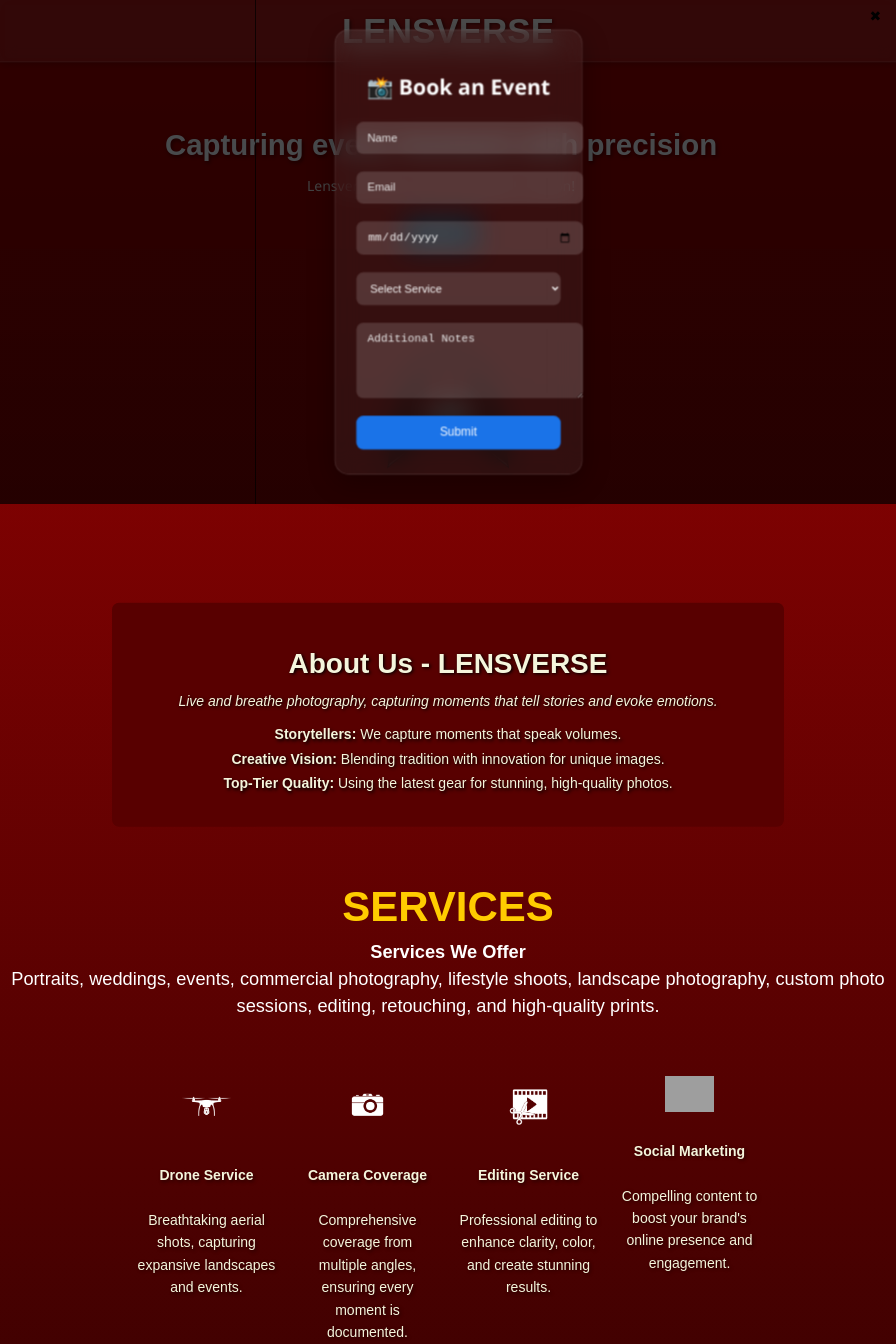
Repository: adithyakiran47/lensverse-frontend
Page: / (app in frontend/), after clicking the first element matching `button`
An editor plug-in stored every save of this project. The page is shown before and after the next save, followed by the edit.
The browser window is 1280 px wide. The pictures show the part of the page from y = 0 to 1920 px (the page is 3283 px tall), at 70% of full size.
Pictures or frames that could not be fetched are drawn as grey boxes. The project was rebuilt for these pictures with package versions that can differ from the ones it lists, and the page was loaded fresh each time.

Above is the page before, as saved 2025-06-20 16:59:54.

### frontend/public/index.html
<!DOCTYPE html>
<html lang="en">
  <head>
    <meta charset="utf-8" />
    <link rel="icon" href="%PUBLIC_URL%/favicon.ico" />
    <meta name="viewport" content="width=device-width, initial-scale=1" />
    <meta name="theme-color" content="#000000" />
    <meta
      name="description"
      content="Web site created using create-react-app"
    />
    <link rel="apple-touch-icon" href="%PUBLIC_URL%/logo192.png" />
    <!--
      manifest.json provides metadata used when your web app is installed on a
      user's mobile device or desktop. See https://developers.google.com/web/fundamentals/web-app-manifest/
    -->
    <link rel="manifest" href="%PUBLIC_URL%/manifest.json" />
    <!--
      Notice the use of %PUBLIC_URL% in the tags above.
      It will be replaced with the URL of the `public` folder during the build.
      Only files inside the `public` folder can be referenced from the HTML.

      Unlike "/favicon.ico" or "favicon.ico", "%PUBLIC_URL%/favicon.ico" will
      work correctly both with client-side routing and a non-root public URL.
      Learn how to configure a non-root public URL by running `npm run build`.
    -->
    <title>React App</title>
  </head>
  <body>
    <noscript>You need to enable JavaScript to run this app.</noscript>
    <div id="root"></div>
    <!--
      This HTML file is a template.
      If you open it directly in the browser, you will see an empty page.

      You can add webfonts, meta tags, or analytics to this file.
      The build step will place the bundled scripts into the <body> tag.

      To begin the development, run `npm start` or `yarn start`.
      To create a production bundle, use `npm run build` or `yarn build`.
    -->
      <footer class="footer">
  <div class="footer-content">
    <p>© 2025 <strong>Lensverse</strong>. All rights reserved.</p>
    <p>Made with ❤️ by the Lensverse Team</p>
  </div>
</footer>

  </body>
</html>

### frontend/src/App.js
import React, { useState } from 'react';
import './App.css';

import Header from './components/Header';
import Banner from './components/Banner';
import About from './components/About';
import Services from './components/Services';
import Team from './components/Team';
import Contact from './components/Contact';
import BookingForm from './components/BookingForm';


function App() {
  const [showForm, setShowForm] = useState(false);

  return (
    <>
      <Header />
      <Banner onBookClick={() => setShowForm(true)} />
      <About />
      <Services />
      <Team />
      <Contact />

      {showForm && (
        <div className="popup-backdrop">
          <div className="popup-form">
            <button className="close-btn" onClick={() => setShowForm(false)}>✖</button>
            <BookingForm onSuccess={() => setShowForm(false)} />
          </div>
        </div>
      )}
    </>
  );
}

export default App;

### frontend/src/App.css
.App {
  text-align: center;
}

.App-logo {
  height: 40vmin;
  pointer-events: none;
}

@media (prefers-reduced-motion: no-preference) {
  .App-logo {
    animation: App-logo-spin infinite 20s linear;
  }
}

.App-header {
  background-color: #282c34;
  min-height: 100vh;
  display: flex;
  flex-direction: column;
  align-items: center;
  justify-content: center;
  font-size: calc(10px + 2vmin);
  color: white;
}

.App-link {
  color: #61dafb;
}

@keyframes App-logo-spin {
  from {
    transform: rotate(0deg);
  }
  to {
    transform: rotate(360deg);
  }
}
.popup-backdrop {
  position: fixed;
  top: 0;
  left: 0;
  height: 100%;
  width: 100%;
  background: rgba(0, 0, 0, 0.7);
  display: flex;
  align-items: center;
  justify-content: center;
  z-index: 999;
}

.popup-form {
  background: transparent; /* ✅ remove white */
  box-shadow: none;        /* optional: remove white drop shadow */
  border: none;
  padding: 0;
}

.close-btn {
  position: absolute;
  top: 10px;
  right: 15px;
  background: none;
  border: none;
  font-size: 20px;
  cursor: pointer;
}
.banner {
  display: flex;
  justify-content: space-between;
  align-items: center;
  padding: 40px;
  max-width: 1200px;
  margin: auto;
}

.banner h2 {
  font-size: 2rem;
  margin-bottom: 10px;
}

.banner p {
  font-size: 1.1rem;
  margin-bottom: 20px;
}

.banner button {
  padding: 10px 20px;
  background-color: #003f70;
  color: white;
  border: none;
  border-radius: 5px;
  cursor: pointer;
  font-size: 1rem;
}

.banner img {
  max-width: 150px;
  height: auto;
}

.banner-left {
  flex: 1;
  padding-right: 20px;
}

.banner-right {
  flex: 0 0 200px;
  display: flex;
  justify-content: center;
  align-items: center;
}
/* App.css */
body {
  margin: 0;
  padding: 0;
  background: linear-gradient(to bottom, #a00202, #000000);
  font-family: 'Segoe UI', Tahoma, Geneva, Verdana, sans-serif;
  color: white;
}

.footer {
  background: rgba(0, 0, 0, 0.6);
  padding: 30px 20px;
  text-align: center;
  color: #ddd;
  font-family: "Montserrat", sans-serif;
  font-size: 14px;
  /*border-top: 1px solid rgba(255, 255, 255, 0.1);*/
}

.footer-content p {
  margin: 6px 0;
  text-shadow: 1px 1px 4px rgba(0, 0, 0, 0.5);
}

.footer-content strong {
  color: #ff4c4c;
}

### frontend/src/components/Header.js
// src/components/Header.js
import React from 'react';
import './Header.css'; // We'll create this next

const Header = () => {
  return (
    <div id="header">
      <div className="container">
        <div className="head1">
          <h1>LENSVERSE</h1>
        </div>
      </div>
    </div>
  );
};

export default Header;

### frontend/src/components/Banner.js
import React from 'react';
import './Banner.css';

const Banner = ({ onBookClick }) => {
  return (
    <div id="banner">
      <div className="container">
        <div className="banner-wrapper">
          <div className="banner-left">
            <h2 className="cap">Capturing every moment with precision</h2>
            <p>Lensverse, your coverage team in action!</p>
            <div className="from">
              <button onClick={onBookClick}>BOOK</button>
            </div>
          </div>
          <div className="banner-right">
            <img src="channel logo new transparent.png" alt="Lensverse Banner" />
          </div>
        </div>
      </div>
    </div>
  );
};

export default Banner;

### frontend/src/components/About.js
import React from 'react';
import './About.css';

const About = () => {
  return (
    <div id="about">
      <div className="container">
        <div className="about-wrapper">
          <div className="about-content">
            <h2>About Us - LENSVERSE</h2>
            <p><em>Live and breathe photography, capturing moments that tell stories and evoke emotions.</em></p>
            <ul>
              <li><b>Storytellers:</b> We capture moments that speak volumes.</li>
              <li><b>Creative Vision:</b> Blending tradition with innovation for unique images.</li>
              <li><b>Top-Tier Quality:</b> Using the latest gear for stunning, high-quality photos.</li>
            </ul>
          </div>
        </div>
      </div>
    </div>
  );
};

export default About;

### frontend/src/components/Services.js
// src/components/Services.js
import React from 'react';
import './Services.css';

const Services = () => {
  return (
    <div id="services">
      <div className="container">
        <div className="service-title">
          <h3>SERVICES</h3>
          <p><b>Services We Offer</b><br />
            Portraits, weddings, events, commercial photography, lifestyle shoots, landscape photography, custom photo sessions, editing, retouching, and high-quality prints.
          </p>
        </div>

        <div className="service-details">
          <div className="service-detail">
            <img src="/drone.png" alt="Drone Service" />
            <p><b>Drone Service</b><br /><br />Breathtaking aerial shots, capturing expansive landscapes and events.</p>
          </div>

          <div className="service-detail">
            <img src="/camera.png" alt="Camera Coverage" />
            <p><b>Camera Coverage</b><br /><br />Comprehensive coverage from multiple angles, ensuring every moment is documented.</p>
          </div>

          <div className="service-detail">
            <img src="/editing.png" alt="Editing Service" />
            <p><b>Editing Service</b><br /><br />Professional editing to enhance clarity, color, and create stunning results.</p>
          </div>

          <div className="service-detail">
            <img src="/social.png" alt="Social Marketing" />
            <p><b>Social Marketing</b><br /><br />Compelling content to boost your brand's online presence and engagement.</p>
          </div>
        </div>
      </div>
    </div>
  );
};

export default Services;

### frontend/src/components/Team.js
// src/components/Team.js
import React from 'react';
import './Team.css';

const Team = () => {
  return (
    <div id="team">
      <div className="container">
        <div className="members">
          <h4>FOUNDERS</h4>
          <div className="member service-details">

            <div className="kiran">
              <img src="IMG_0384.JPG" alt="Adithya Kiran V" />
              <h5>ADITHYA KIRAN V</h5>
              <div className="social">
                <a href="https://www.instagram.com/adithya.x/" target="_blank" rel="noreferrer">
                  <img src="/instagramlogo.png" alt="Instagram" />
                </a>
                <a href="https://linkedin.com" target="_blank" rel="noreferrer">
                  <img src="linkedin.png" alt="LinkedIn" />
                </a>
              </div>
            </div>

            <div className="vl">
              <img src="IMG_0383.JPG" alt="Arun VL" />
              <h6>ARUN VL</h6>
              <div className="social">
                <a href="https://www.instagram.com/__arun_vl__/" target="_blank" rel="noreferrer">
                  <img src="/instagramlogo.png" alt="Instagram" />
                </a>
                <a href="https://linkedin.com" target="_blank" rel="noreferrer">
                  <img src="linkedin.png" alt="LinkedIn" />
                </a>
              </div>
            </div>

          </div>
        </div>
      </div>
    </div>
  );
};

export default Team;

### frontend/src/components/Contact.js
// src/components/Contact.js
import React from 'react';
import './Contact.css';

const Contact = () => {
  return (
    <div id="contact">
      <div className="container">
        <div className="contactdetails">
          <h4>CONTACT</h4>
          <div className="contact-details">

            <div className="instapng">
              <a href="https://www.instagram.com/__lensverse__/" target="_blank" rel="noreferrer">
                <img src="instagramlogo.png" alt="Instagram" />
              </a>
            </div>

            <div className="mailpng">
              <a href="mailto:lensversecontact@gmail.com">
                <img src="mail.png" alt="Email" />
              </a>
            </div>

          </div>
        </div>
      </div>
    </div>
  );
};

export default Contact;

### frontend/src/components/BookingForm.js
import React, { useState } from 'react';
import axios from 'axios';
import './BookingForm.css';

const BookingForm = ({ onSuccess }) => {
  const [form, setForm] = useState({
    name: '',
    email: '',
    eventDate: '',
    service: '',
    notes: '',
  });

  const handleChange = (e) => {
    setForm({ ...form, [e.target.name]: e.target.value });
  };

  const handleSubmit = async (e) => {
    e.preventDefault();
    console.log("📤 Submitting form:", form);
    try {
      const res = await axios.post('http://localhost:5000/api/bookings', form);
      console.log("✅ Booking response:", res.data);
      alert('Booking Confirmed!');
      if (onSuccess) onSuccess();
    } catch (err) {
      console.error("❌ Booking error:", err);
      alert('Booking failed');
    }
  };

  return (
    <form className="glass-form" onSubmit={handleSubmit}>
      <h2>📸 Book an Event</h2>

      <div className="form-group">
        <input name="name" placeholder="Name" onChange={handleChange} required />
      </div>

      <div className="form-group">
        <input name="email" placeholder="Email" onChange={handleChange} required />
      </div>

      <div className="form-group">
        <input name="eventDate" type="date" onChange={handleChange} required />
      </div>

      <div className="form-group">
        <select name="service" onChange={handleChange} required>
          <option value="">Select Service</option>
          <option value="Drone">Drone</option>
          <option value="Camera">Camera</option>
          <option value="Editing">Editing</option>
          <option value="Marketing">Marketing</option>
        </select>
      </div>

      <div className="form-group">
        <textarea name="notes" placeholder="Additional Notes" onChange={handleChange}></textarea>
      </div>

      <button type="submit">Submit</button>
    </form>
  );
};

export default BookingForm;

### frontend/src/components/Header.css
#header {
  background: rgba(255, 255, 255, 0.1); /* Light transparent white */
  backdrop-filter: blur(10px); /* Creates the frosted glass blur */
  -webkit-backdrop-filter: blur(10px); /* For Safari */
  padding: 15px 0;
  text-shadow: 2px 2px 5px rgba(0, 0, 0, 0.485);
  border-bottom: 1px solid rgba(255, 255, 255, 0.2); /* Optional border */
  box-shadow: 0 4px 10px rgba(0, 0, 0, 0.2); /* Optional soft shadow */
}

.head1 h1 {
  font-family: "Bebas Neue", sans-serif;
  font-size: 50px;
  color: white;
  transition: color 0.3s ease;
  text-align: center;
  margin: 0;
}

### frontend/src/components/Banner.css
#banner {
 /* background: linear-gradient(to bottom, #ff0000, #000000); /* Optional gradient */
  color: aliceblue;
  padding: 60px 20px;
  text-align: center; /* Center all content */
}

.banner-wrapper {
  display: flex;
  flex-direction: column; /* Stack content vertically */
  align-items: center;
  gap: 30px;
}

.banner-left .cap {
  font-size: 42px; /* Increased font size */
  font-weight: 600;
  margin-bottom: 20px;
  font-family: "Bebas Neue", sans-serif;
  text-shadow: 2px 2px 6px rgba(0, 0, 0, 0.5);
}

.banner-left p {
  font-size: 20px;
  margin-bottom: 30px;
  color: #ddd;
}

.from button {
  background-color: rgb(0, 55, 94);
  color: white;
  font-size: 18px;
  padding: 14px 28px;
  border: none;
  border-radius: 8px;
  cursor: pointer;
  transition: background-color 0.3s ease, transform 0.2s ease;
}

.from button:hover {
  background-color: rgb(0, 75, 120);
  transform: scale(1.05);
}

/* Banner image */
.banner-right img {
  max-width: 500px;
  height: auto;
  filter: drop-shadow(0 0 6px rgba(0, 0, 0, 0.3));
}

### frontend/src/components/About.css
#about {
  padding: 60px 20px;
  text-align: center;
}

.about-wrapper {
  max-width: 900px;
  margin: 0 auto;
  padding: 30px;
  background-color: rgb(88, 0, 0);
  border-radius: 10px;
  color: beige;
  text-shadow: 2px 2px 5px rgb(0, 0, 0);
  /*transition: background-color 0.3s ease, border 0.3s ease;*/
}


.about-content h2 {
  font-size: 40px;
  font-family: "Montserrat", sans-serif;
  margin-bottom: 20px;
}

.about-content p {
  font-size: 20px;
  font-family: "Montserrat", sans-serif;
  margin-bottom: 25px;
}

.about-content ul {
  list-style: none;
  padding-left: 0;
  font-size: 20px;
  font-family: "Montserrat", sans-serif;
}

.about-content li {
  margin-bottom: 12px;
}

### frontend/src/components/Services.css
/* Title Section */
.service-title {
  text-align: center;
  font-family: "Teko", sans-serif;
  margin-bottom: 40px;
}

.service-title h3 {
  font-size: 60px;
  color: rgb(255, 204, 0);
  margin: 20px 0 0 0;
}

.service-title p {
  color: #ffffff;
  font-size: 26px;
  margin-top: 10px;
  line-height: 1.5;
}

/* Services Container */
.service-details {
  display: flex;
  flex-wrap: wrap;
  justify-content: center;
  gap: 30px;
  padding: 40px 20px;
  /*background-color: rgba(205, 42, 45, 0.819);*/
  color: beige;
  font-family: "Montserrat", sans-serif;
  /*border-radius: 10px;
  border: 1px solid rgba(0, 0, 0, 0.397);*/
  text-shadow: 2px 2px 5px rgba(0, 0, 0, 0.485);
  transition: background-color 0.3s ease, border 0.3s ease;
}

/* Hover Effect */
/*.service-details:hover {
  background-color: rgba(253, 242, 241, 0.25);
  border: 1px solid rgba(0, 0, 0, 0.7);
  color: black;
}*/

/* Individual Card */
.service-detail {
  flex-basis: 200px;
  text-align: center;
  max-width: 250px;

}

.service-detail img {
  width: 70px;
  margin-bottom: 15px;
}

.service-detail p {
  font-size: 20px;
  line-height: 1.6;
}

### frontend/src/components/Team.css
#team {
  display: flex;
  justify-content: center;
  padding: 60px 20px;
  background-color: transparent;
  color: white;
  text-align: center;
}

.members h4 {
  font-family: "Teko", sans-serif;
  font-size: 60px;
  color: rgb(201, 161, 0);
  margin-bottom: 40px;
}

.member {
  display: flex;
  flex-wrap: wrap;
  justify-content: center;
  gap: 60px;
}

/* Each profile block */
.kiran, .vl {
  max-width: 280px;
}

.kiran img,
.vl img {
  width: 250px;
  height: 350px; /* Recommended size */
  object-fit: cover;
  border-radius: 12px;
  border: 1px solid rgba(255, 255, 255, 0.3);
  box-shadow: 0 4px 15px rgba(0, 0, 0, 0.4);
  filter: grayscale(100%);
  transition: filter 0.4s ease, transform 0.3s ease;
}

.kiran img:hover,
.vl img:hover {
  filter: grayscale(0%);
  transform: scale(1.03);
}

h5, h6 {
  font-size: 20px;
  margin: 15px 0 10px 0;
  font-family: "Montserrat", sans-serif;
  color: white;
}

.social {
  display: flex;
  justify-content: center;
  gap: 15px;
  margin-top: 10px;
}

.social img {
  width: 36px;
  height: 36px;
  border-radius: 50%;
  transition: transform 0.3s ease;
}

.social img:hover {
  transform: scale(1.2);
}

### frontend/src/components/Contact.css
.contactdetails {
  text-align: center;
  font-size: 60px;
  font-family: "Teko", sans-serif;
  color: rgb(201, 161, 0);
  margin-top: 40px;
}

.contact-details {
  display: flex;
  justify-content: center;
  gap: 30px;
  padding: 30px;
  margin-top: 20px;
  /*background-color: rgba(0, 0, 0, 0.819);*/
  border-radius: 10px;
  border: 1px solid rgba(0, 0, 0, 0.397);
  transition: background-color 0.3s ease, border 0.3s ease;
}

/*.contact-details:hover {
  background-color: rgba(253, 242, 241, 0.377);
  border: 1px solid rgba(0, 0, 0, 0.7);
}*/

.contact-details img {
  height: 50px;
  width: 50px;
  border-radius: 5px;
  transition: transform 0.2s ease;
}

.contact-details img:hover {
  transform: scale(1.1);
}

### frontend/src/components/BookingForm.css
.glass-form {
  background: rgba(255, 255, 255, 0.06); /* subtle transparency */
  backdrop-filter: blur(18px);
  border: 1px solid rgba(255, 255, 255, 0.15);
  border-radius: 20px;
  padding: 35px 30px;
  box-shadow: 0 10px 40px rgba(0, 0, 0, 0.3);
  width: 90%;
  max-width: 520px;
  margin: 50px auto;
  color: #fff;
}

.glass-form h2 {
  text-align: center;
  margin-bottom: 25px;
  font-size: 1.9rem;
  font-weight: 600;
  color: #fff;
}

.form-group {
  margin-bottom: 20px;
}

.glass-form input,
.glass-form select,
.glass-form textarea {
  width: 100%;
  padding: 14px 16px;
  font-size: 16px;
  border-radius: 10px;
  border: none;
  background: rgba(255, 255, 255, 0.15);
  color: #fff;
  outline: none;
  margin-top: 5px;
}

.glass-form input::placeholder,
.glass-form textarea::placeholder {
  color: #eee;
}

.glass-form textarea {
  resize: vertical;
  min-height: 80px;
}

.glass-form button {
  width: 100%;
  padding: 14px;
  background-color: #1a73e8;
  color: white;
  font-size: 17px;
  border: none;
  border-radius: 10px;
  cursor: pointer;
  transition: background-color 0.3s ease;
}

.glass-form button:hover {
  background-color: #155ab6;
}

Loaded but not shown: frontend/src/index.js (common file); frontend/src/index.css (common file); frontend/src/reportWebVitals.js (common file)

After the next save:
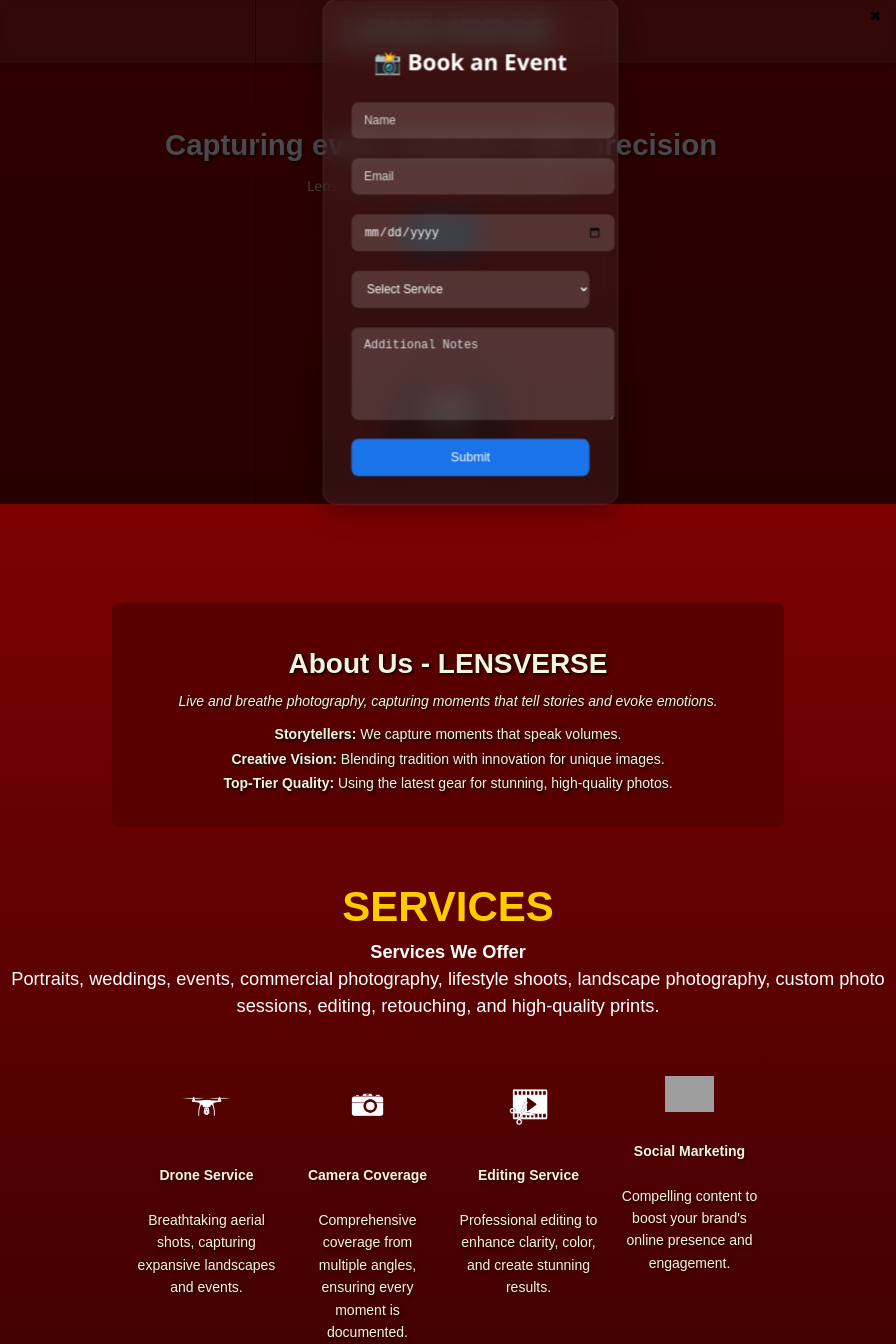
Saved 78 s later.
--- a/frontend/src/components/BookingForm.css
+++ b/frontend/src/components/BookingForm.css
@@ -1,58 +1,58 @@
 .glass-form {
-  background: rgba(255, 255, 255, 0.06); /* subtle transparency */
+  background: rgba(255, 255, 255, 0.06);
   backdrop-filter: blur(18px);
   border: 1px solid rgba(255, 255, 255, 0.15);
   border-radius: 20px;
-  padding: 35px 30px;
+  padding: 40px 40px;
   box-shadow: 0 10px 40px rgba(0, 0, 0, 0.3);
-  width: 90%;
-  max-width: 520px;
+  width: 95%;
+  max-width: 720px; /* 👈 Increased from 520px */
   margin: 50px auto;
   color: #fff;
 }
 
 .glass-form h2 {
   text-align: center;
-  margin-bottom: 25px;
-  font-size: 1.9rem;
+  margin-bottom: 30px;
+  font-size: 2rem;
   font-weight: 600;
   color: #fff;
 }
 
 .form-group {
-  margin-bottom: 20px;
+  margin-bottom: 22px;
 }
 
 .glass-form input,
 .glass-form select,
 .glass-form textarea {
   width: 100%;
-  padding: 14px 16px;
-  font-size: 16px;
+  padding: 16px 18px;
+  font-size: 17px;
   border-radius: 10px;
   border: none;
   background: rgba(255, 255, 255, 0.15);
   color: #fff;
   outline: none;
-  margin-top: 5px;
+  margin-top: 6px;
 }
 
 .glass-form input::placeholder,
 .glass-form textarea::placeholder {
-  color: #eee;
+  color: #ddd;
 }
 
 .glass-form textarea {
   resize: vertical;
-  min-height: 80px;
+  min-height: 100px;
 }
 
 .glass-form button {
   width: 100%;
-  padding: 14px;
+  padding: 16px;
   background-color: #1a73e8;
   color: white;
-  font-size: 17px;
+  font-size: 18px;
   border: none;
   border-radius: 10px;
   cursor: pointer;
